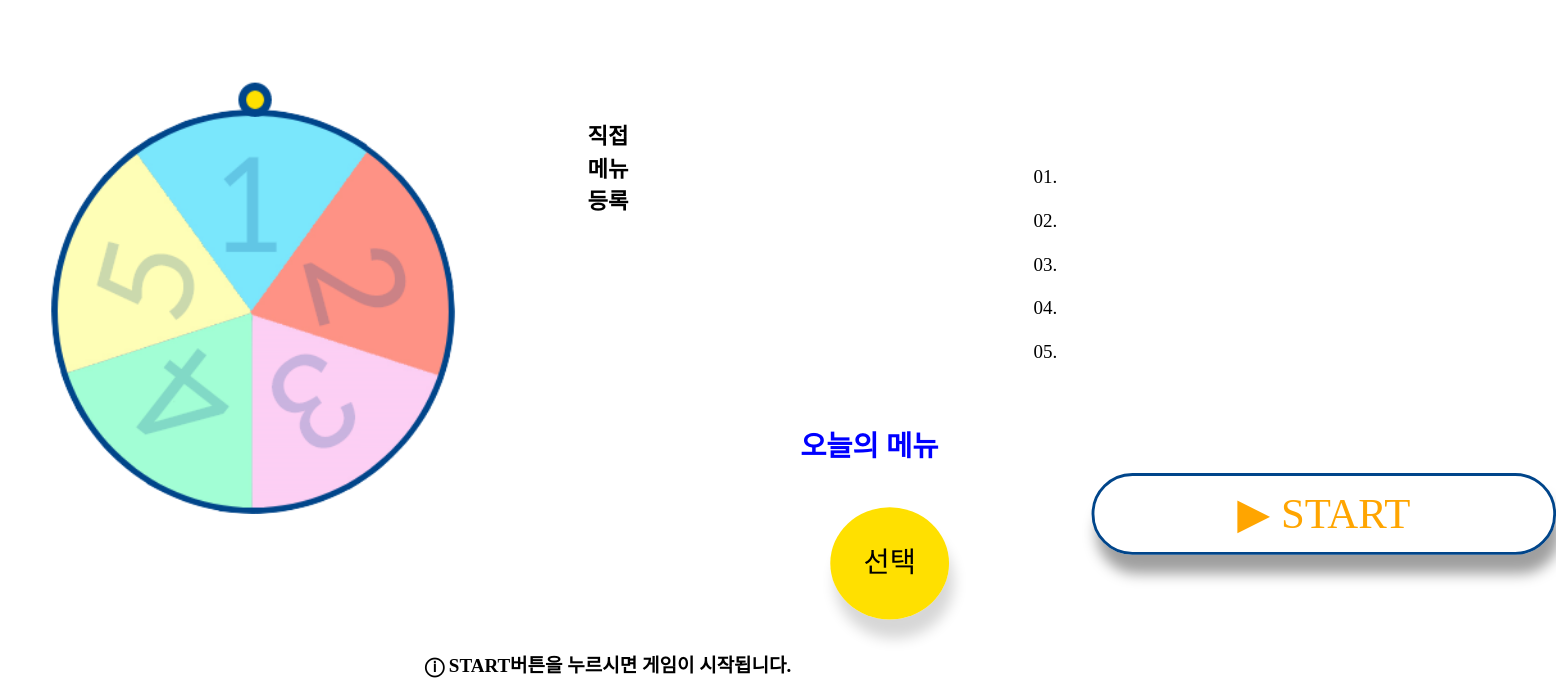
Repository: hkh00700/JustDoEat_Web
Page: http://localhost/justdoeat/WEB-INF/views/game/roulette.jsp
The author's editor kept a copy of each file at every save. The page is drawn from the files as they stood at one save, then again after the next save.
The browser window is 1280 px wide. The page is 1638 px wide, so the pictures cover 1638 px, including what lies to the right of the window. The pictures show the whole page, at 95% of full size.
The page is served by Tomcat 9. Nobody is signed in. The template is opened directly, without the code that normally fills it, so the values that code supplies are empty.

Above is the page before, as saved 2021-05-19 02:51:01.
Console error: ReferenceError: $ is not defined

After the next save:
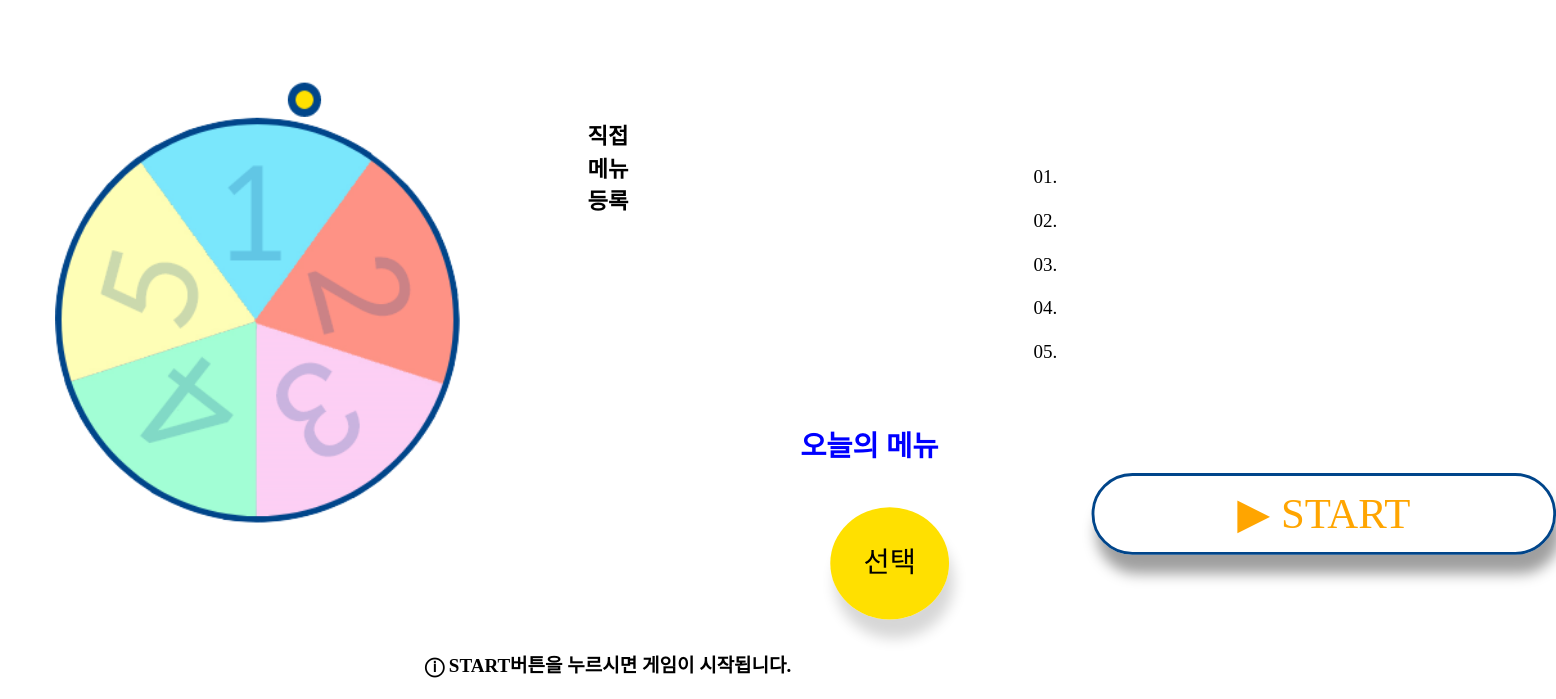
Saved 15 s later.
--- a/justdoeat/src/main/webapp/WEB-INF/views/game/roulette.jsp
+++ b/justdoeat/src/main/webapp/WEB-INF/views/game/roulette.jsp
@@ -68,7 +68,6 @@
 
  width: 425.8px;
   height: 425.8px;
-  padding: 1.6px 56.6px 9.7px 46.9px;
   position:relative;
   top:70px;
   left: -600px;
